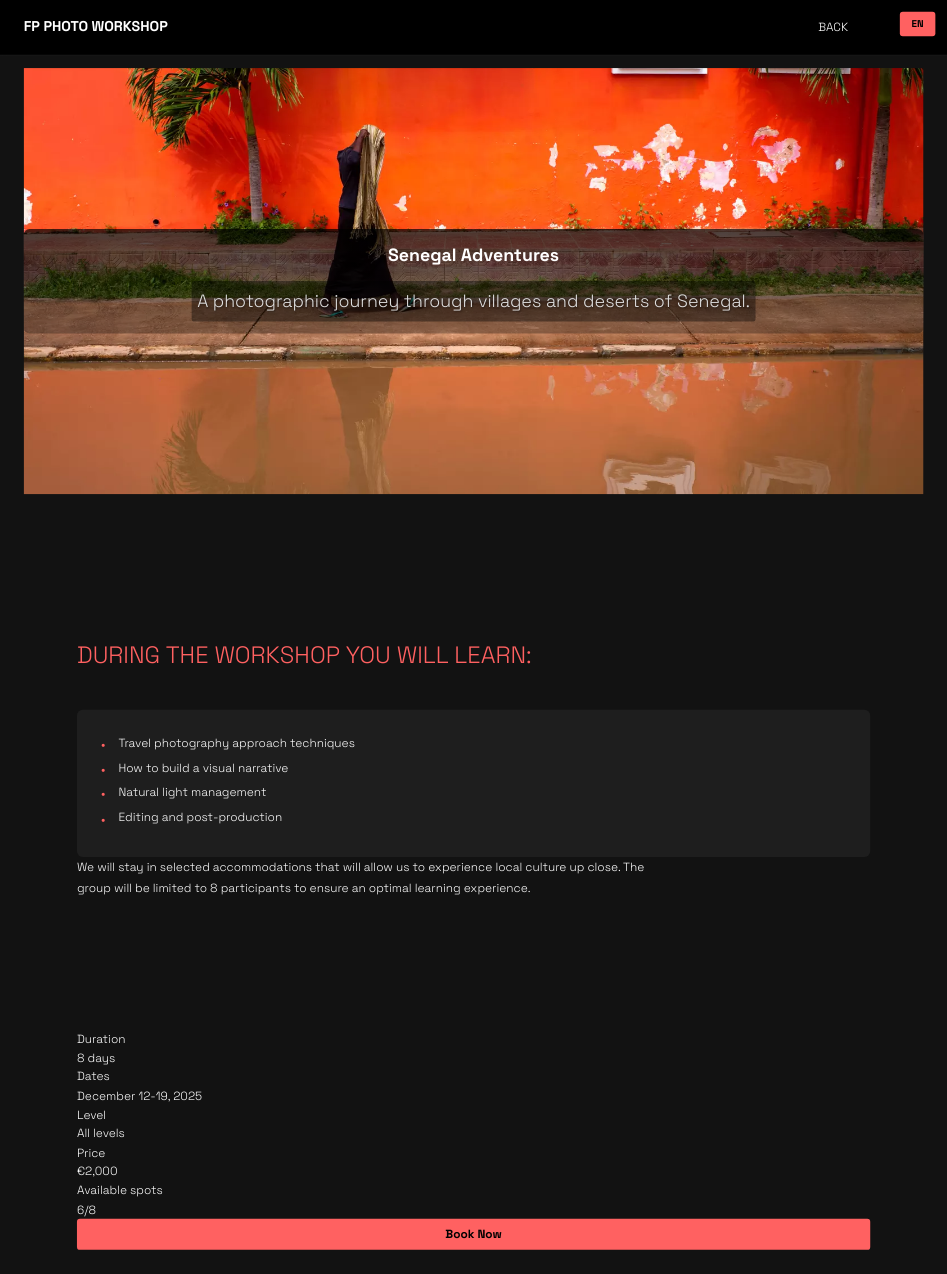
Repository: philipkdpavkia/photo-auto
Page: workshop/senegal.html
These files come from the project's save history. The page is drawn as it stood at one moment and after the next save; the edit follows.
The browser window is 1280 px wide. The pictures show the whole page, at 74% of full size.

Above is the page before, as saved 2024-11-22 00:35:31.

After the next save:
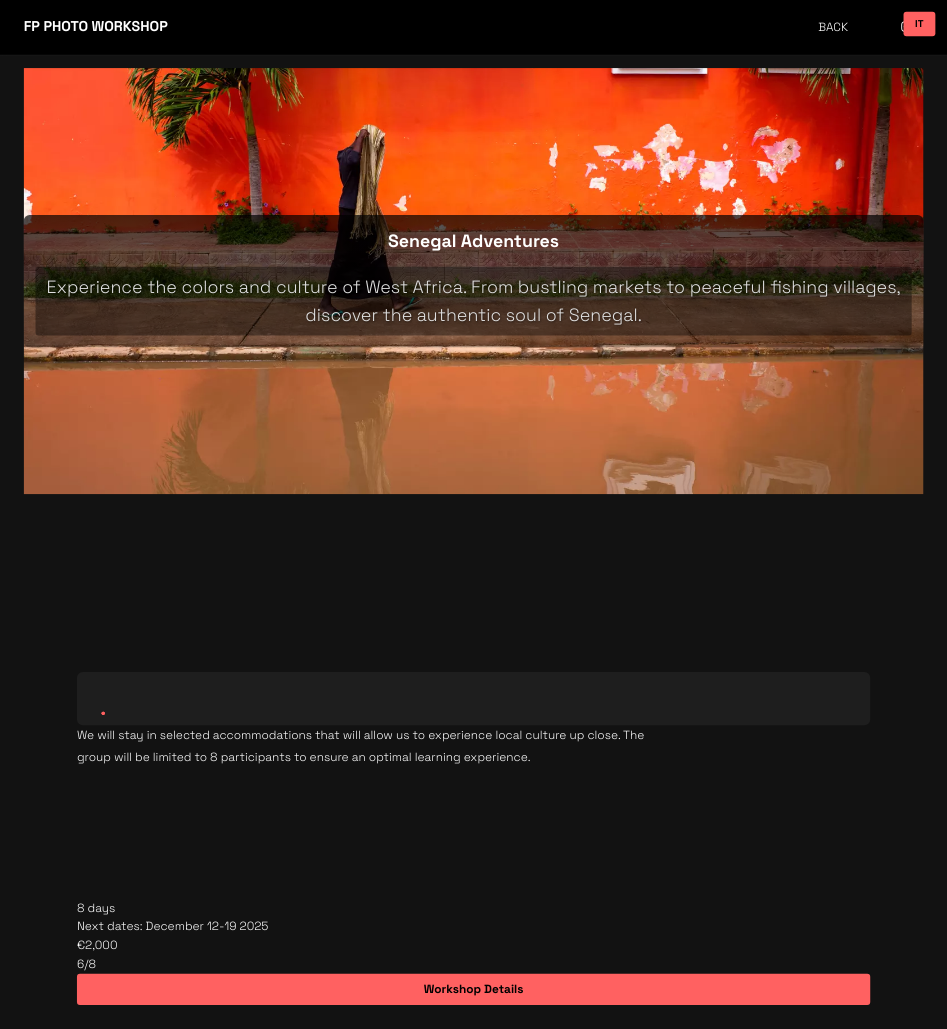
Saved 50 s later.
--- a/workshop/senegal.html
+++ b/workshop/senegal.html
@@ -40,9 +40,9 @@
     <header class="header">
         <nav class="nav">
             <a class="logo" href="/workshop/index.html">FP PHOTO WORKSHOP</a>
-            <button id="langSwitch" class="lang-switch" onclick="switchLanguage()">EN</button>
+            <button id="langSwitch" class="lang-switch" onclick="switchLanguage()">IT</button>
             <div class="nav-links">
-                <a href="../index.html" data-i18n="workshops.mexico.back">BACK</a>
+                <a href="../index.html" data-translate="workshops_page.back">Back</a>
                 <a href="https://instagram.com/fpphotoworkshop" target="_blank" class="instagram-link">
                     <i class="fab fa-instagram"></i>
                 </a>
@@ -55,57 +55,53 @@
             <div class="workshop-link">
                 <img alt="Senegal Adventures" src="../images/senegal/sen.webp" class="workshop-hero"/>
                 <div class="workshop-text">
-                    <h1 data-i18n="workshops.senegal.title">Senegal Adventures</h1>
-                    <p data-i18n="workshops.senegal.description">
-                        A photographic journey through villages and deserts of Senegal.
-                    </p>
+                    <h1 data-translate="workshops_page.cards.senegal.title"></h1>
+                    <p data-translate="workshops_page.cards.senegal.description"></p>
                 </div>
             </div>
         </section>
 
         <section class="about">
             <div class="workshop-content">
-                <h2 data-i18n="workshops.senegal.learn" class="section-title">During the workshop you will learn:</h2>
+                <h2 class="section-title" data-translate="workshops_page.learn_title"></h2>
+
                 <div class="philosophy">
                     <ul>
-                        <li data-i18n="workshops.senegal.technique1">Travel photography approach techniques</li>
-                        <li data-i18n="workshops.senegal.technique2">How to build a visual narrative</li>
-                        <li data-i18n="workshops.senegal.technique3">Natural light management</li>
-                        <li data-i18n="workshops.senegal.technique4">Editing and post-production</li>
+                        <li data-translate="workshops_page.techniques.1"></li>
+                        <li data-translate="workshops_page.techniques.2"></li>
+                        <li data-translate="workshops_page.techniques.3"></li>
+                        <li data-translate="workshops_page.techniques.4"></li>
                     </ul>
                 </div>
-                <p data-i18n="workshops.senegal.accommodation">
-                    We will stay in selected accommodations that will allow us to experience local culture up close.
-                    The group will be limited to 8 participants to ensure an optimal learning experience.
-                </p>
+
+                <p data-translate="workshops_page.accommodation"></p>
             </div>
         </section>
 
         <section class="contact">
             <div class="workshop-sidebar">
                 <div class="info-block">
-                    <div class="info-label" data-i18n="workshops.senegal.duration">Duration</div>
-                    <div class="info-value" data-i18n="workshops.senegal.duration_value">8 days</div>
+                    <div class="info-label" data-translate="workshops_page.details.duration_label"></div>
+                    <div class="info-value" data-translate="workshops_page.cards.senegal.duration"></div>
                 </div>
                 <div class="info-block">
-                    <div class="info-label" data-i18n="workshops.senegal.dates">Dates</div>
-                    <div class="info-value" data-i18n="workshops.senegal.dates_value">December 12-19, 2025</div>
+                    <div class="info-label" data-translate="workshops_page.details.dates_label"></div>
+                    <div class="info-value" data-translate="workshops_page.cards.senegal.dates"></div>
                 </div>
                 <div class="info-block">
-                    <div class="info-label" data-i18n="workshops.senegal.level">Level</div>
-                    <div class="info-value" data-i18n="workshops.senegal.level_value">All levels</div>
+                    <div class="info-label" data-translate="workshops_page.details.level_label"></div>
+                    <div class="info-value" data-translate="workshops_page.details.level_value"></div>
                 </div>
                 <div class="info-block">
-                    <div class="info-label" data-i18n="workshops.senegal.price">Price</div>
-                    <div class="info-value" data-i18n="workshops.senegal.price_value">€2,000</div>
+                    <div class="info-label" data-translate="workshops_page.details.price_label"></div>
+                    <div class="info-value">€2,000</div>
                 </div>
                 <div class="info-block">
-                    <div class="info-label" data-i18n="workshops.senegal.spots">Available spots</div>
-                    <div class="info-value" data-i18n="workshops.senegal.spots_value">6/8</div>
+                    <div class="info-label" data-translate="workshops_page.details.spots_label"></div>
+                    <div class="info-value">6/8</div>
                 </div>
-                <a href="iscrizione.html?workshop=senegal" class="workshop-button" data-i18n="workshops.senegal.book">Book Now</a>
+                <a href="iscrizione.html?workshop=senegal" class="workshop-button" data-translate="workshops_page.cards.senegal.button"></a>
             </div>
         </section>
     </main>
 </body>
-</html>
